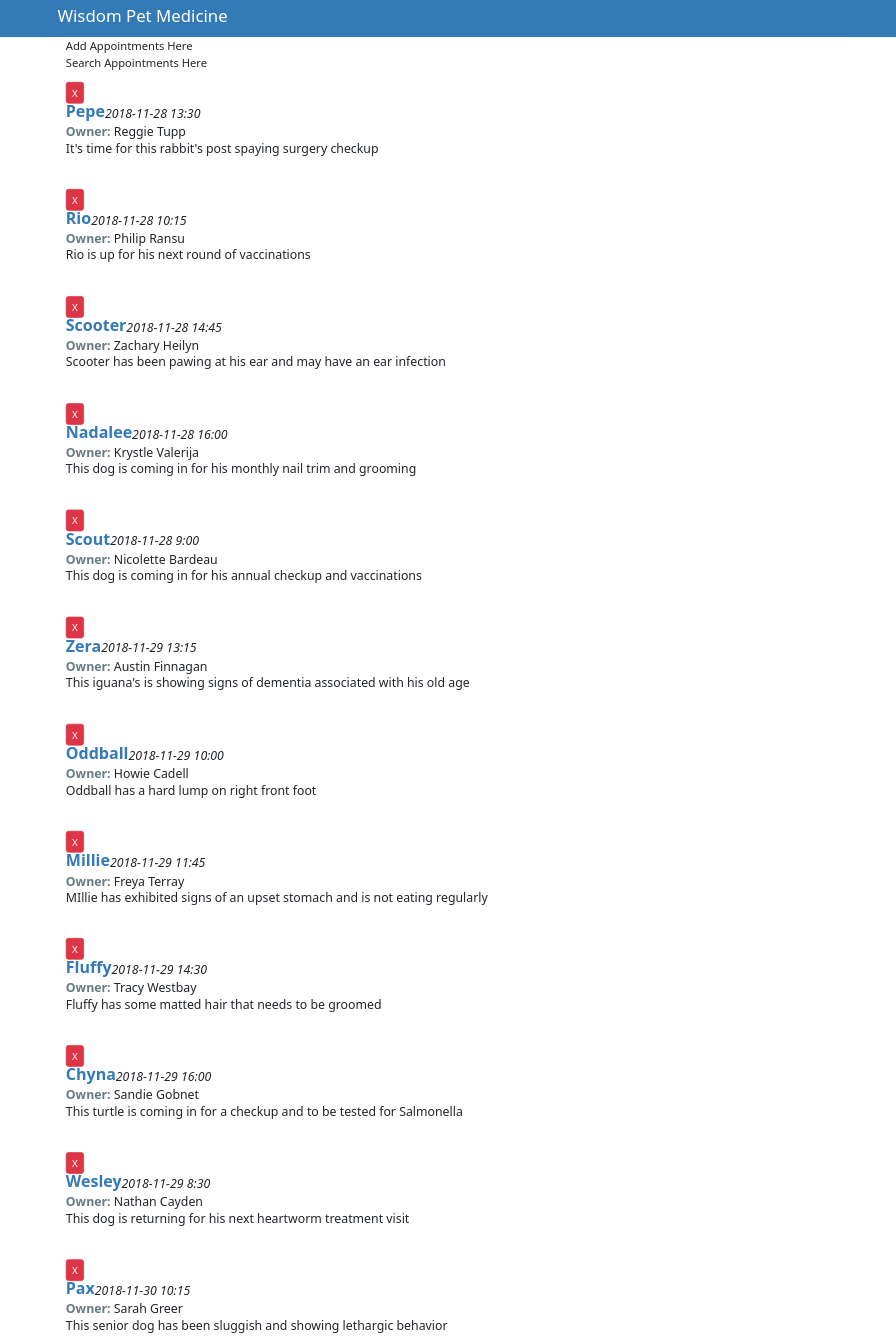
Repository: DevLuDaley/reactinterface
Page: /
An editor plug-in stored every save of this project. The page is shown before and after the next save, followed by the edit.
The browser window is 1280 px wide. The pictures show the part of the page from y = 0 to 1920 px (the page is 3978 px tall), at 70% of full size.
The project was rebuilt for these pictures with package versions that can differ from the ones it lists, and the page was loaded fresh each time.

Above is the page before, as saved 2021-02-04 18:34:19.

After the next save:
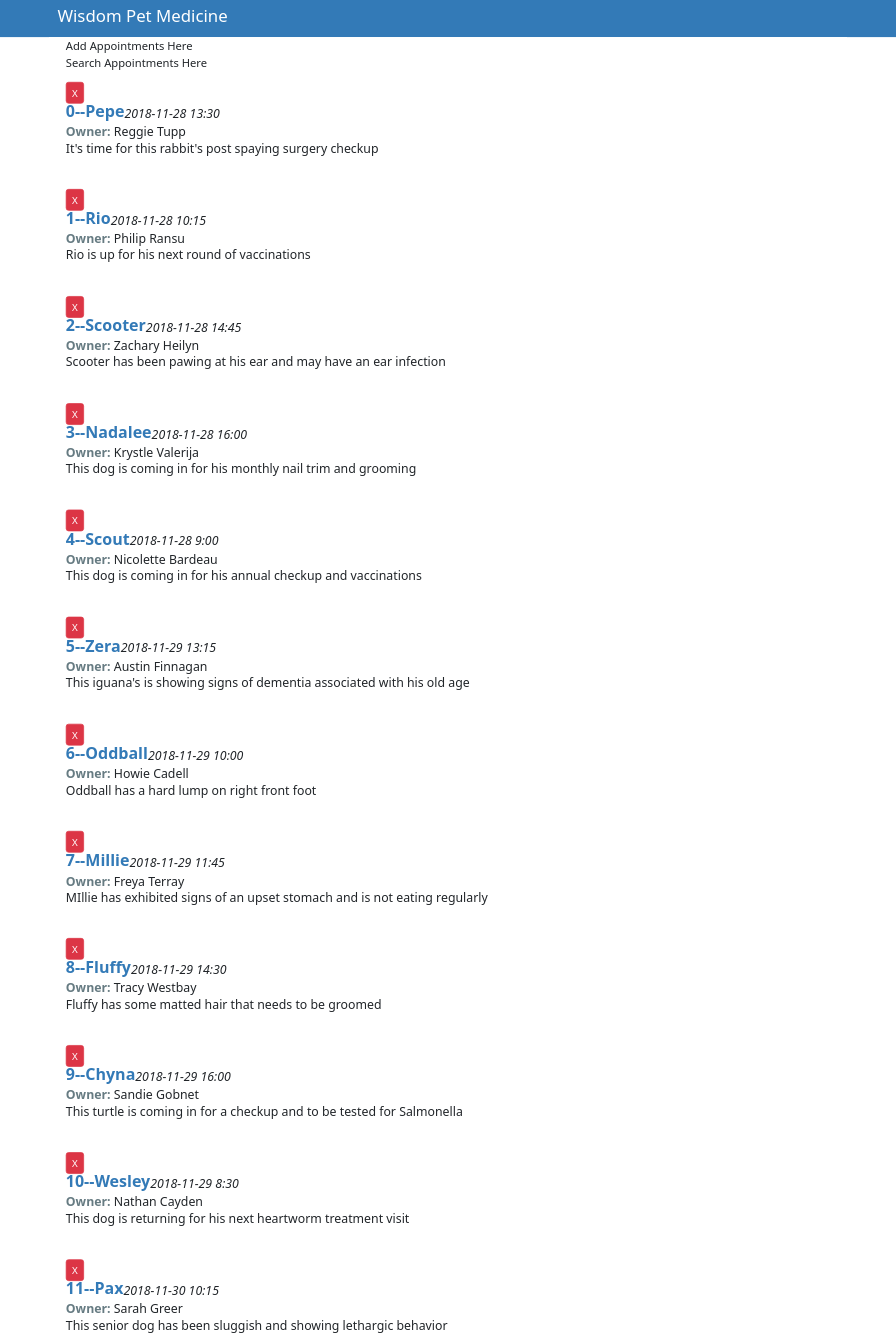
Saved 119 s later.
--- a/src/components/ListAppointments.js
+++ b/src/components/ListAppointments.js
@@ -29,7 +29,7 @@
 
             <div className="pet-info media-body">
               <div className="pet-head d-flex">
-                <span className="pet-name">{item.petName}</span>
+                <span className="pet-name">{item.aptId}--{item.petName}</span>
                 <span className="apt-date ml-auto">{item.aptDate}</span>
               </div>
 

After the save that followed:
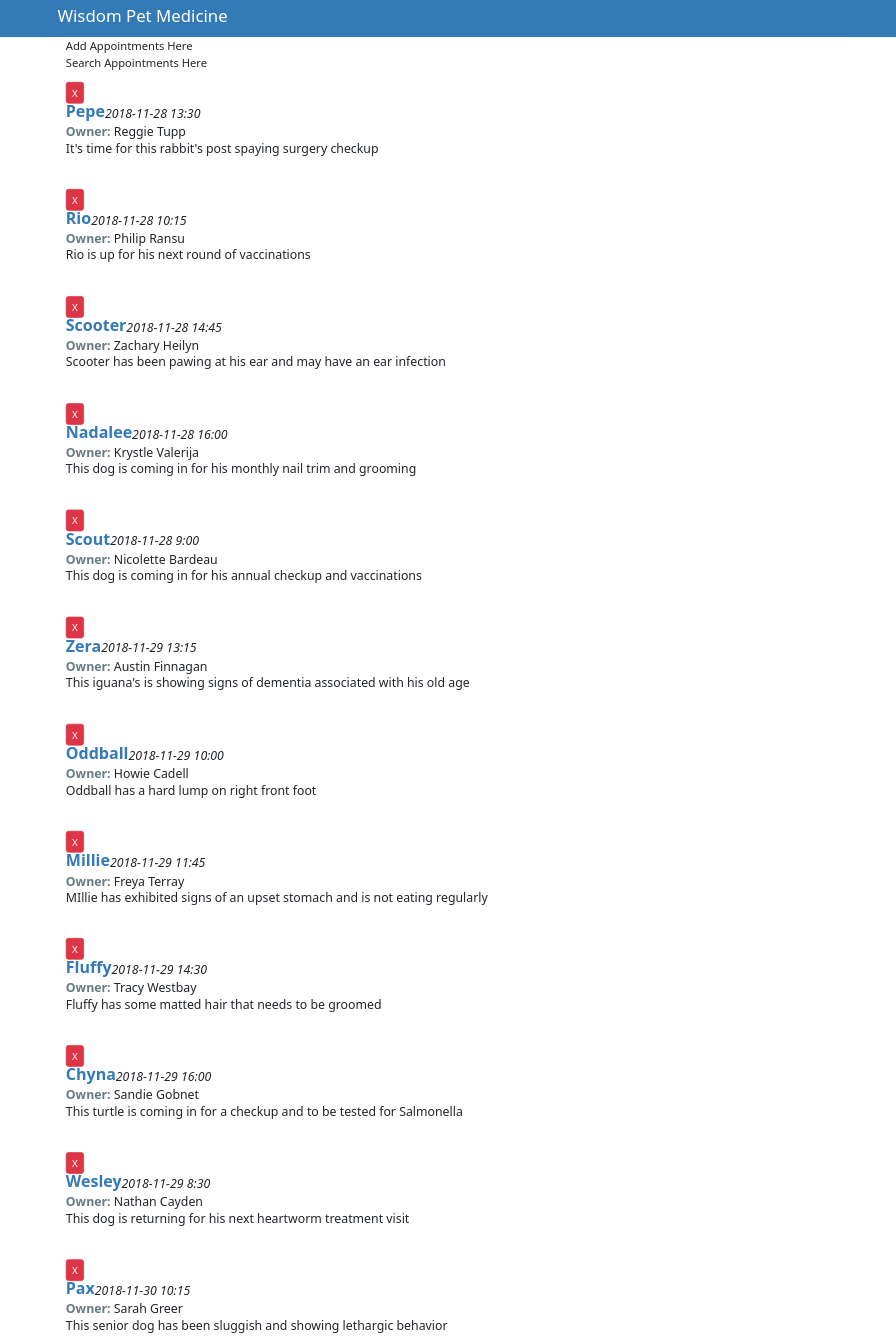
Saved 3 min 32 s later.
--- a/src/components/ListAppointments.js
+++ b/src/components/ListAppointments.js
@@ -29,7 +29,7 @@
 
             <div className="pet-info media-body">
               <div className="pet-head d-flex">
-                <span className="pet-name">{item.aptId}--{item.petName}</span>
+                <span className="pet-name">{item.petName}</span>
                 <span className="apt-date ml-auto">{item.aptDate}</span>
               </div>
 
